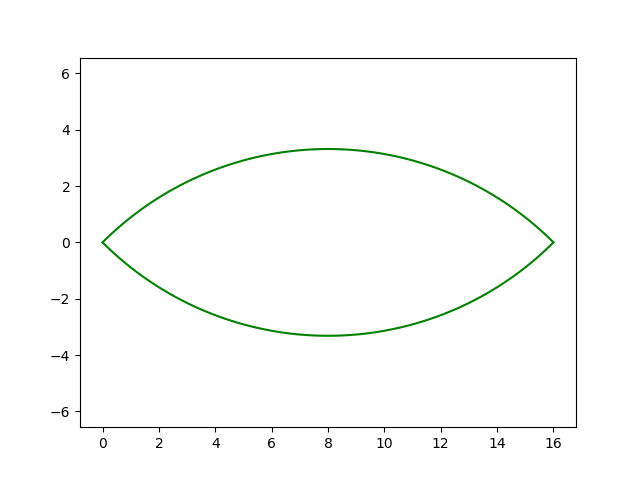
Repository: lbylzkx/Circle-Point-Manuscript
Script's output: python water-lily.py
An editor plug-in stored every save of this project. The script's output is shown before and after the next save, followed by the edit.
Random numbers start from a fixed seed.

Above is the script's output before, as saved 2023-10-01 15:58:38.

After the next save:
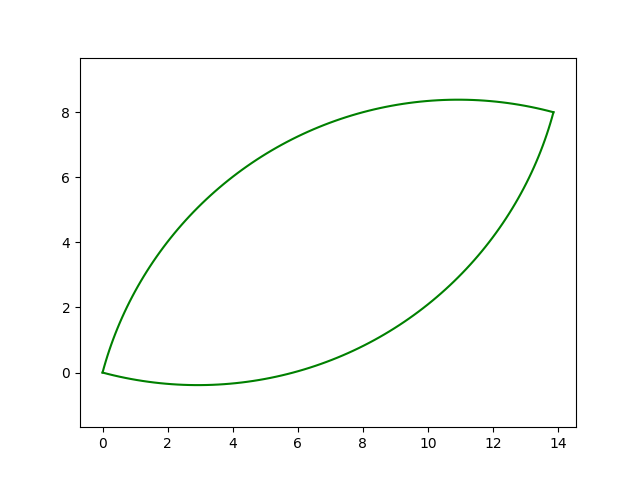
Saved 32 s later.
--- a/water-lily.py
+++ b/water-lily.py
@@ -53,10 +53,10 @@ def waterlily_y_from(n, thelta=0):
 #     (waterlily_x_from(8), waterlily_y_from(8)), (0, 0))
 
 def onepetal(n, thelta, color):
-    arc((waterlily_x_center_left(n, thelta=0), waterlily_y_center_left(n, thelta=0)), (0, 0),
-        (waterlily_x_from(n, thelta=0), waterlily_y_from(n, thelta=0)), color)
-    arc((waterlily_x_center_right(n, thelta=0), waterlily_y_center_right(n, thelta=0)),
-        (waterlily_x_from(n, thelta=0), waterlily_y_from(n, thelta=0)), (0, 0), color)
+    arc((waterlily_x_center_left(n, thelta), waterlily_y_center_left(n, thelta)), (0, 0),
+        (waterlily_x_from(n, thelta), waterlily_y_from(n, thelta)), color)
+    arc((waterlily_x_center_right(n, thelta), waterlily_y_center_right(n, thelta)),
+        (waterlily_x_from(n, thelta), waterlily_y_from(n, thelta)), (0, 0), color)
 
 
 # 颜色：红橙黄绿蓝靛紫
